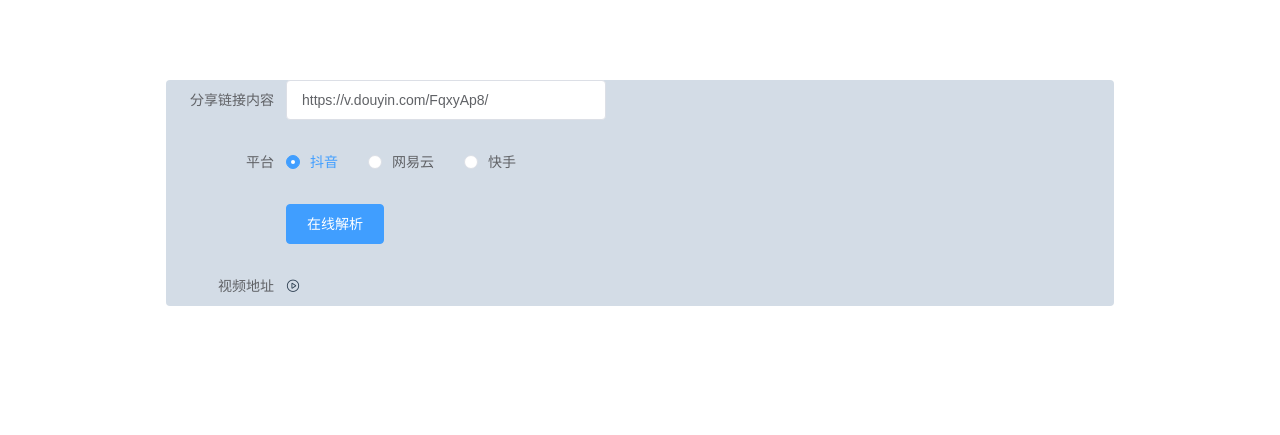
Repository: lyln/freepd
Page: / (app in frontend/freepd/)
These files come from the project's save history. The page is drawn as it stood at one moment and after the next save; the edit follows.
The browser window is 1280 px wide. The pictures show the whole page.
The project was rebuilt for these pictures with package versions that can differ from the ones it lists, and the page was loaded fresh each time.

Above is the page before, as saved 2022-05-26 09:20:48.

### frontend/freepd/index.html
<!DOCTYPE html>
<html>
  <head>
    <meta charset="utf-8">
    <meta name="viewport" content="width=device-width,initial-scale=1.0">
    <title>freepd</title>
  </head>
  <body>
    <div id="app"></div>
    <!-- built files will be auto injected -->
  </body>
</html>

### frontend/freepd/src/main.js
// The Vue build version to load with the `import` command
// (runtime-only or standalone) has been set in webpack.base.conf with an alias.
import Vue from 'vue'
import App from './App'
import router from './router'
import ElementUI from 'element-ui';
import 'element-ui/lib/theme-chalk/index.css';
import Meta from "vue-meta";

Vue.config.productionTip = false
Vue.use(ElementUI)
Vue.use(Meta);

/* eslint-disable no-new */
new Vue({
  el: '#app',
  router,
  components: { App },
  template: '<App/>'
})

### frontend/freepd/src/App.vue
<template>
	<div id="app">
		<router-view />
	</div>
</template>

<script>
export default {
	name: 'App',
}
</script>

<style>
#app {
	font-family: 'Avenir', Helvetica, Arial, sans-serif;
	-webkit-font-smoothing: antialiased;
	-moz-osx-font-smoothing: grayscale;
	text-align: center;
	color: #2c3e50;
	margin-top: 60px;
}
</style>

### frontend/freepd/src/components/HelloWorld.vue
<template>
	<el-row type="flex" justify="center">
		<el-col :span="18">
			<div class="grid-content bg-purple">
				<el-form ref="form" :model="form" label-width="120px" class="fpd-form">
					<el-form-item label="分享链接内容">
						<el-input v-model="form.url"></el-input>
					</el-form-item>
					<el-form-item label="平台" label-width="120px">
						<el-radio-group v-model="form.type">
							<el-radio :label="1">抖音</el-radio>
							<el-radio :label="2">网易云</el-radio>
							<el-radio :label="3">快手</el-radio>
						</el-radio-group>
					</el-form-item>
					<el-form-item>
						<el-button type="primary" @click="onSubmit">在线解析</el-button>
					</el-form-item>
					<el-form-item label="视频地址">
						<i class="el-icon-video-play"></i>
						<el-link :href="data.video.play" target="_blank">{{ data.title }}</el-link>
						<!-- {{data.video.play }} -->
					</el-form-item>
				</el-form>
			</div>
		</el-col>
	</el-row>

</template>
<script>
import axios from 'axios'
export default {
	name: 'HelloWorld',
	data() {
		return {
			msg: 'free parse download',
			form: {
				url: 'https://v.douyin.com/FqxyAp8/',
				type: 1,
			},
			data: {
				video: { play: '' },
				title: '',
			},
		}
	},
	metaInfo: {
		meta: [{ name: 'referrer', content: 'no-referrer' }],
	},
	methods: {
		onSubmit() {
			console.log('submit!')
			axios
				.post('http://127.0.0.1:8000/douyin', { url: this.form.url })
				.then((res) => {
					console.log(res.data)
					this.data = res.data
				})
				.catch((err) => {
					console.log('请求失败', err)
				})
		},
	},
}
</script>

<!-- Add "scoped" attribute to limit CSS to this component only -->
<style scoped>
h1,
h2 {
	font-weight: normal;
}
ul {
	list-style-type: none;
	padding: 0;
}
li {
	display: inline-block;
	margin: 0 10px;
}
a {
	color: #42b983;
}
.el-input {
	width: 320px;
}

.fpd-form {
	text-align: left;
	margin-top: 20px;
}

.text {
	font-size: 14px;
}

.item {
	padding: 18px 0;
}

.box-card {
	width: 480px;
}

.el-row {
	margin-bottom: 20px;
	&:last-child {
		margin-bottom: 0;
	}
}
.el-col {
	border-radius: 4px;
}
.bg-purple-dark {
	background: #99a9bf;
}
.bg-purple {
	background: #d3dce6;
}
.bg-purple-light {
	background: #e5e9f2;
}
.grid-content {
	border-radius: 4px;
	min-height: 36px;
}
.row-bg {
	padding: 10px 0;
	background-color: #f9fafc;
}

/* .wrapper {
	margin-left: auto;
	margin-right: auto;
	width: 90%;
}
.modunit {
	background-color: #fff;
	margin-top: 1rem;
	margin-bottom: 1rem;
	padding: 0;
	border: 1px solid #dedede;
	-moz-border-radius: 2px;
	-webkit-border-radius: 2px;
	border-radius: 2px;
}
.mod-content {
	margin: 0;
	padding: 1.5rem;
} */
</style>

Loaded but not shown: frontend/freepd/src/router/index.js (common file)

After the next save:
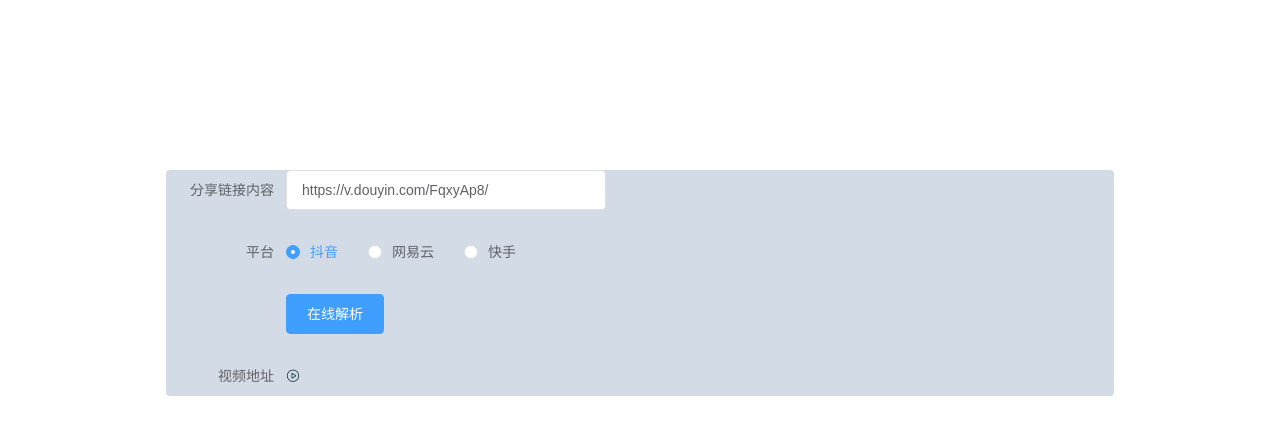
Saved 12 s later.
--- a/frontend/freepd/src/components/HelloWorld.vue
+++ b/frontend/freepd/src/components/HelloWorld.vue
@@ -87,7 +87,7 @@ a {
 
 .fpd-form {
 	text-align: left;
-	margin-top: 20px;
+	margin-top: 110px;
 }
 
 .text {
